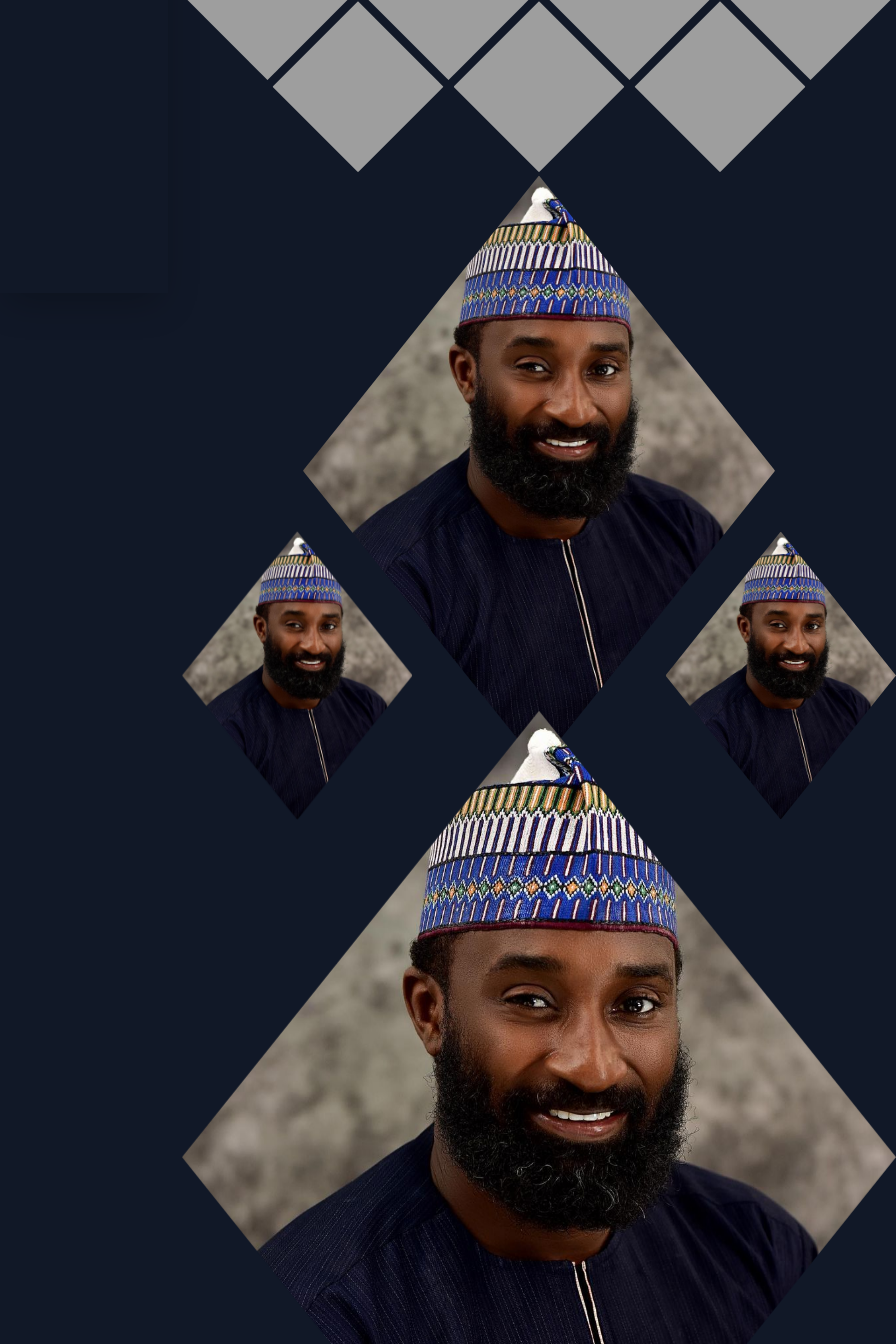
Repository: latenightsnacc/Ditomatic-Demo
Page: index-1.html
The author's editor kept a copy of each file at every save. The page is drawn from the files as they stood at one save, then again after the next save.
The browser window is 1280 px wide. The pictures show the part of the page from y = 302 to 2222 px (the page is 2592 px tall before and 3114 px after), at 70% of full size.
Pictures or frames that could not be fetched are drawn as grey boxes. Some web libraries are served in a nearby version. The style sheet was rebuilt from its Sass, Less or Tailwind sources for each picture, by a compiler version that may differ from the author's.

Above is the page before, as saved 2021-02-24 13:49:43.

### index-1.html
<!DOCTYPE html>
<html lang="en" class="bg-gray-900">
<head>
    <meta charset="UTF-8">
    <meta name="viewport" content="width=device-width, initial-scale=1.0">
    <!--Tailwind 2.0.2-->
    <link href="https://cdnjs.cloudflare.com/ajax/libs/tailwindcss/2.0.2/tailwind.min.css" rel="stylesheet">
    <!--Font Awesome 5.15.1-->
    <link rel="stylesheet" href="https://cdnjs.cloudflare.com/ajax/libs/font-awesome/5.15.1/css/all.min.css" integrity="sha512-+4zCK9k+qNFUR5X+cKL9EIR+ZOhtIloNl9GIKS57V1MyNsYpYcUrUeQc9vNfzsWfV28IaLL3i96P9sdNyeRssA==" crossorigin="anonymous" />
    <!--Custom StyleSheet-->
    <link rel="stylesheet" href="style.css">
    <title>Ditomatic Fotografy</title>

</head>
<body>
    <div class="flex flex-row min-h-screen">
        <div class="w-60 shadow-2xl pt-10 pl-10 fixed min-h-screen">
            <a href="#">Ditomatic fotografy</a>
            <ul>
                <li class="text-gray-400 font-bold text-2xl ">
                    <button id="portraitsBtn" class="outline-none focus:outline-none hover:outline-none border-0">Portraits</button></li>
            </ul>
        </div>
        <div class="w-11/12 ml-60 pt-10 pl-5">
            <!--Default-->
            <div id="default" class="wrapper">
                <img src="https://source.unsplash.com/random/600x600?water" alt="">
                <img src="https://source.unsplash.com/random/600x600?summer" alt="">
                <img src="https://source.unsplash.com/random/600x600?plants" alt="">
                <img src="https://source.unsplash.com/random/600x600?snow" alt="">
                <img src="https://source.unsplash.com/random/600x600?roses" alt="">
                <img src="https://source.unsplash.com/random/600x600?sky" alt="">
                <img src="https://source.unsplash.com/random/600x600?nature" alt="">
                <img src="https://source.unsplash.com/random/600x600?blossom" alt="">
                <img src="https://source.unsplash.com/random/600x600?ice" alt="">
                <img src="https://source.unsplash.com/random/600x600?spring" alt="">
            </div>
            <!--End of Default-->

            <!--Portraits-->
            <div id="portraits">
                <div class="grid grid-cols-6 gap-4">
                    <div class="col-start-2 col-span-4 ...">
                        <img src="images/malePortrait.jpg" alt="" class="rounded-lg">
                    </div>
                    <div class="col-start-1 col-end-3 ...">
                        <img src="images/malePortrait.jpg" alt="" class="rounded-lg">
                    </div>
                    <div class="col-end-7 col-span-2 ...">
                        <img src="images/malePortrait.jpg" alt="" class="rounded-lg">
                    </div>
                    <div class="col-start-1 col-end-7 ...">
                        <img src="images/malePortrait.jpg" alt="" class="rounded-lg">
                    </div>
                </div>
            </div>
        </div>
    </div>
    <script src="menu.js"></script>
</body>
</html>

### menu.js
let portraitGallery = document.getElementById('portraits');

document.getElementById('portraitsBtn').addEventListener('click', function(){
    alert('clicked');
} )

### style.scss

  .wrapper {
    position: relative;
    flex-grow: 1;
    margin: auto;
    max-width: 1200px;
    max-height: 1200px;

    display: grid;
    grid-template-columns: repeat(8, 1fr);
    grid-template-rows: repeat(4, 1fr);
    grid-gap: 2vmin;
    justify-items: center;
    align-items: center;
  }

  IMG {
    z-index: 1;
    grid-column: span 2;
    max-width: 100%;
    margin-bottom: -52%;
    clip-path: polygon(50% 0%, 100% 50%, 50% 100%, 0% 50%);
    transform: scale(1);
    transition: all .25s;

    &:nth-child(7n + 1) {
      grid-column: 2 / span 2;
    }

    &:hover {
      z-index: 2;
      transform: scale(2);
    }
  }

After the next save:
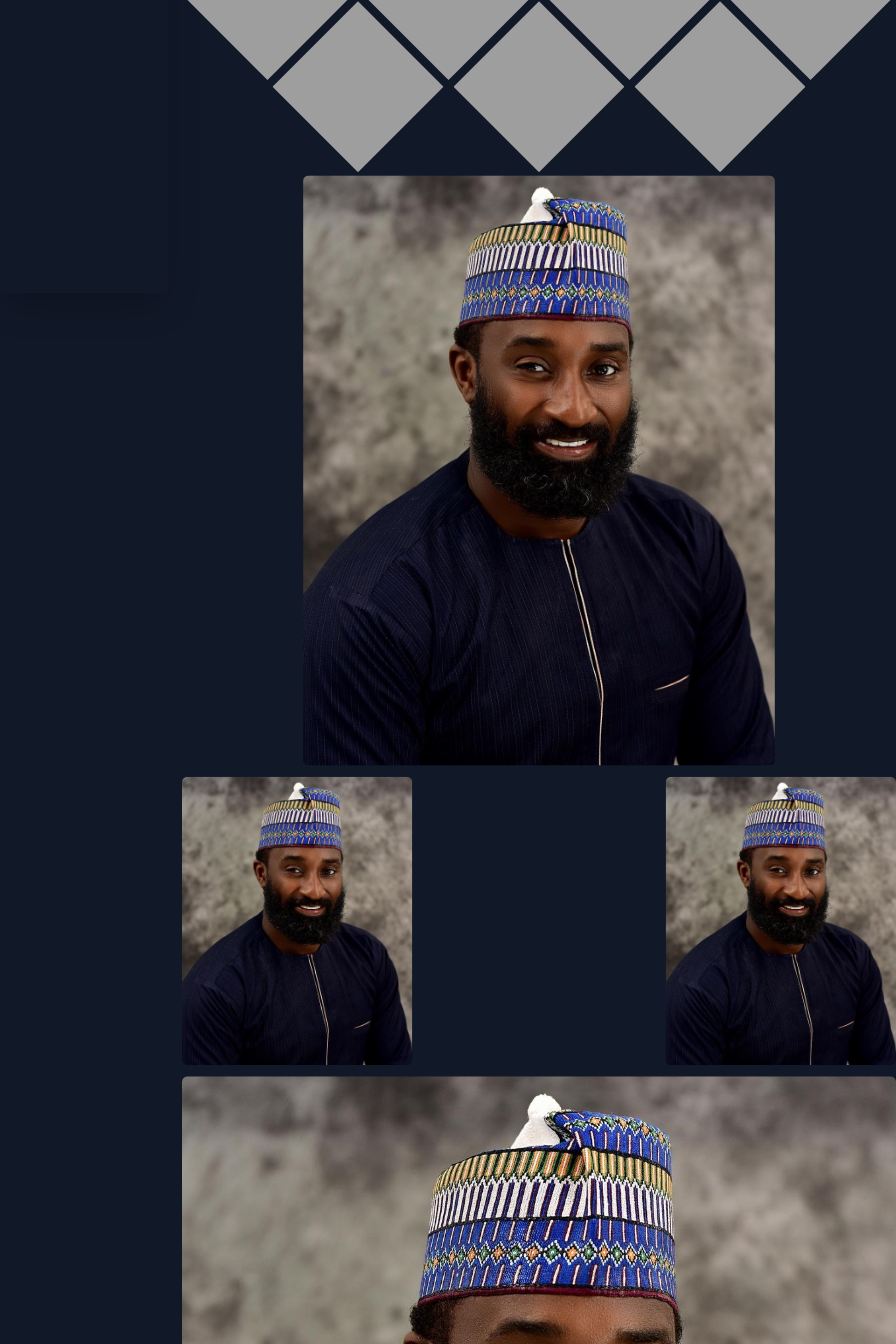
Saved 33 s later.
--- a/style.scss
+++ b/style.scss
@@ -14,7 +14,7 @@
     align-items: center;
   }
 
-  IMG {
+  .wrapper IMG {
     z-index: 1;
     grid-column: span 2;
     max-width: 100%;
